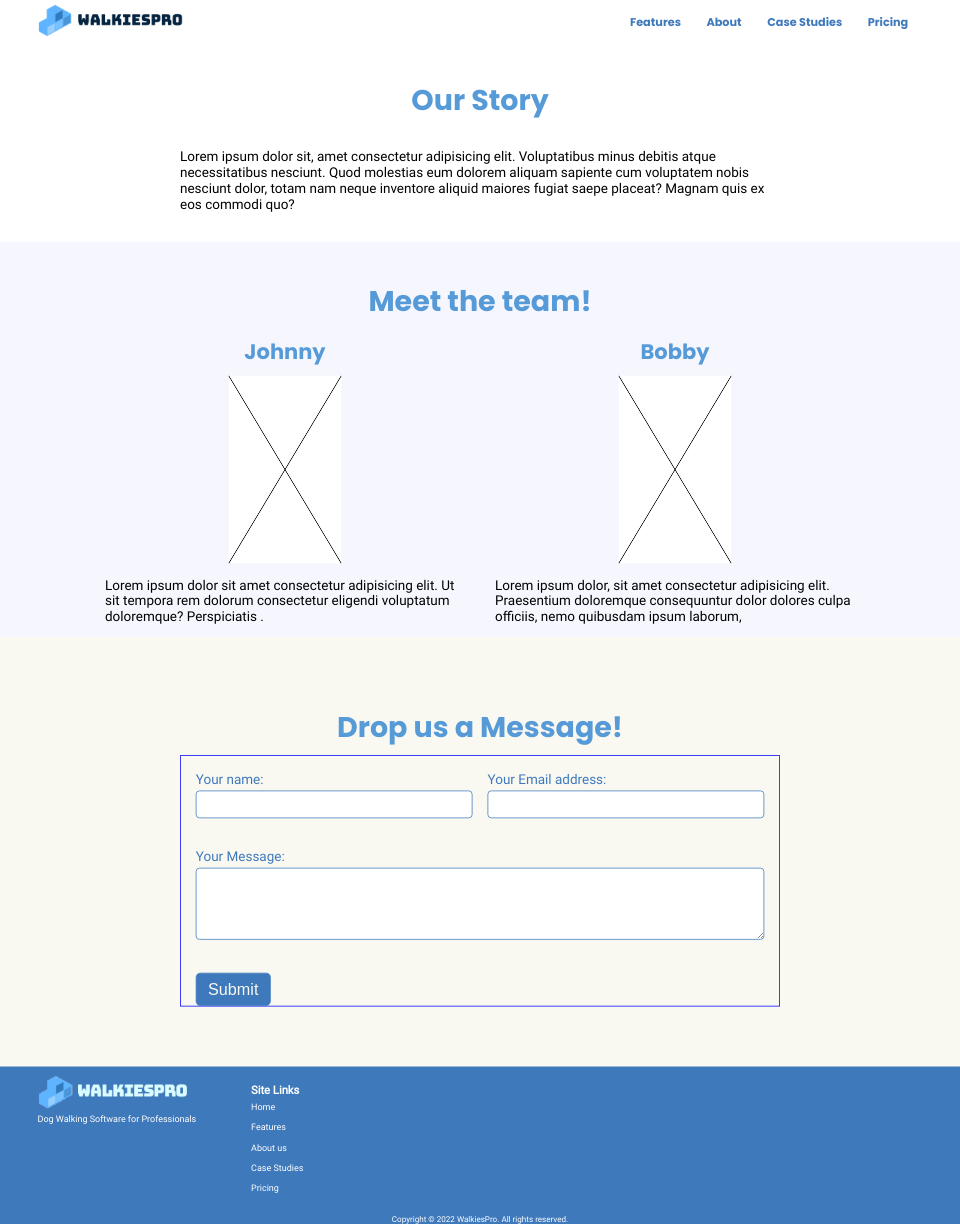
Repository: StevieC87/LAYOUT4
Page: about-us.html
The author's editor kept a copy of each file at every save. The page is drawn from the files as they stood at one save, then again after the next save.
The browser window is 1280 px wide. The pictures show the whole page, at 75% of full size.

Above is the page before, as saved 2022-01-04 22:11:33.

After the next save:
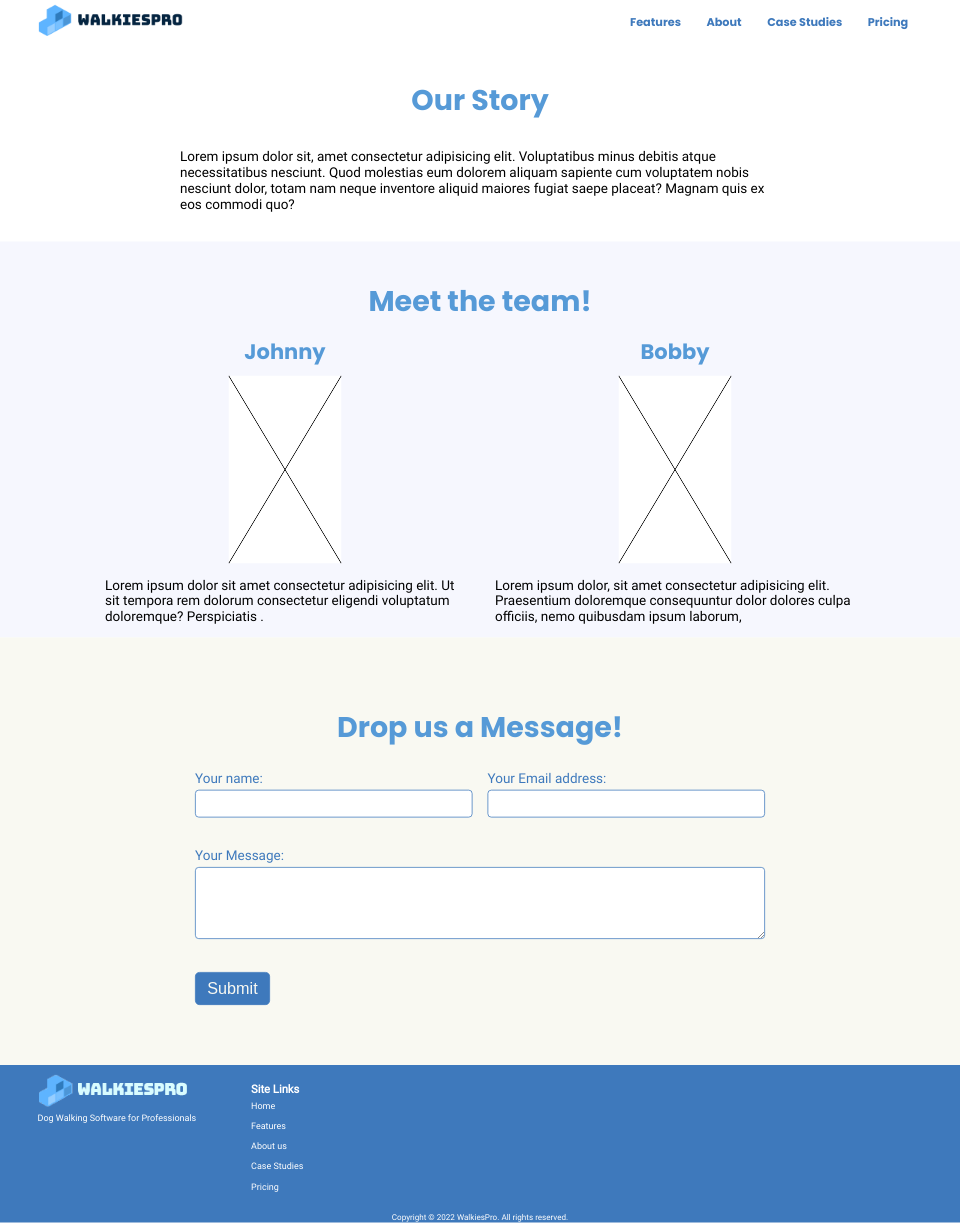
Saved 12 s later.
--- a/css/aboutus.css
+++ b/css/aboutus.css
@@ -62,7 +62,7 @@ ABOUT US
   max-width: 800px;
   margin: 0 auto;
   padding: 0 20px 0px 20px;
-  border: 1px solid blue;
+  /* border: 1px solid blue; */
   display: grid;
   grid-template-columns: 1fr;
   grid-gap: 20px;
